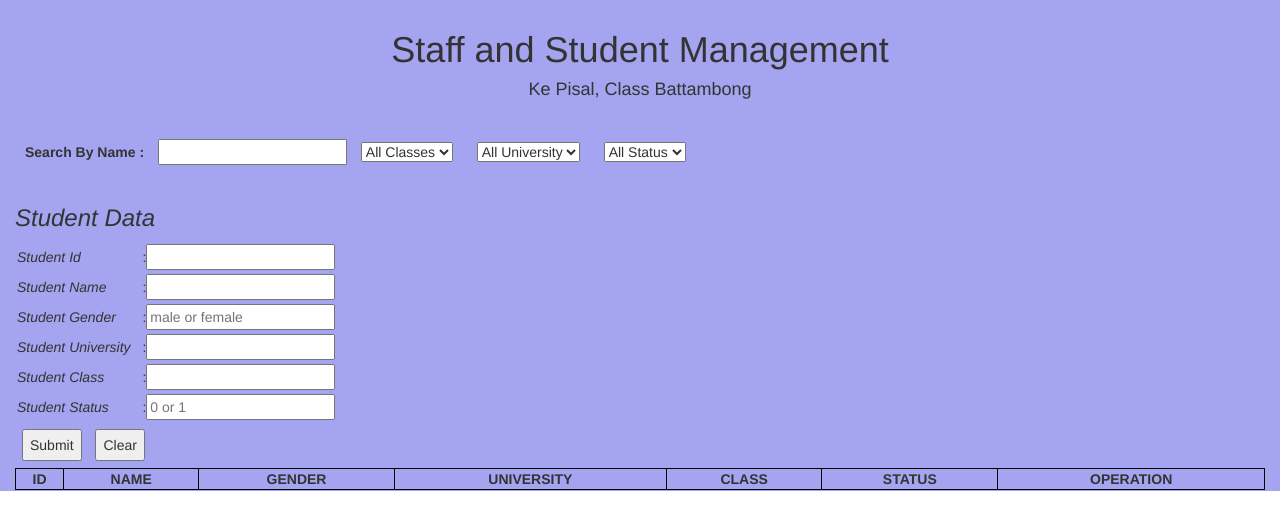
Repository: kepisal/ServletJAVA
Page: http://localhost/AjaxStaffandStudent/
The author's editor kept a copy of each file at every save. The page is drawn from the files as they stood at one save, then again after the next save.
The browser window is 1280 px wide. The pictures show the whole page.
The page is served by Tomcat 9. Other server files are loaded and not shown. Queries for data that is not in the repository find no rows.

Above is the page before, as saved 2015-07-11 02:54:54.

### AjaxStaffandStudent/WebContent/index.jsp
<%@ page language="java" contentType="text/html; charset=ISO-8859-1"
	pageEncoding="ISO-8859-1"%>
<!DOCTYPE html>
<html>
<head>
<meta http-equiv="Content-Type" content="text/html; charset=ISO-8859-1">
<title>Staff and Student Management</title>
<link rel="stylesheet" type="text/css"
	href="bootstrap/css/bootstrap.css">
<!-- <link rel="stylesheet" type="text/css" href="css/style.css"> -->

<!-- <script
	src="http://ajax.googleapis.com/ajax/libs/jquery/1.11.3/jquery.min.js"></script> -->
<script type="text/javascript" src="js/jquery-min.js"></script>
<script type="text/javascript" src="bootstrap/js/bootstrap.js"></script>
<script type="text/javascript" src="bootstrap/js/bootstrap.min.js"></script>
<style type="text/css">
.maincontent {
	background-color: #A4A4F0;
}

#title {
	padding: 10px;
	width: 100%;
}

option {
	height: 23px;
}

.mytb td, .mytb th {
	border: 1px solid black;
	border-collapse: collapse;
	text-align: center;
}

#title {
	text-align: center;
}

img {
	width: 20px;
}

#classlist, #universitylist, #txtinput, #statuslist {
	display: inline-block;
	margin: 10px;
}

button {
	margin: 5px;
	height: 32px
}

.stuform td {
	padding: 2px;
	border: 0px;
}
</style>
</head>
<body>
	<div class="maincontent col-sm-12">
		<div id="sheader">
			<div id="title">
				<h1>Staff and Student Management</h1>
				<h4>Ke Pisal, Class Battambong</h4>
			</div>
			<div id="classlist">
				<label>Search By Name : </label> <input type=text id=txtinput /> <select
					id=classselected onclick="searchClass()">

				</select>
			</div>
			<div id="universitylist">
				<select id=unvselected onclick="searchUniversity()">

				</select>
			</div>
			<div id="statuslist">
				<select id=statusselected onclick="searchStatus()">
					<option value=''>All Status</option>
					<option value=1>Active</option>
					<option value=0>Deactive</option>
				</select>
			</div>
		</div>
		<div id="sform">
			<table class="stuform">
			<h3><i>Student Data</i></h3>
				<tr>
					<td><i>Student Id</i></td>
					<td>&nbsp;&nbsp;:<input id="txtinputid" /></td>
				</tr>
				<tr>
					<td><i>Student Name </i></td>
					<td>&nbsp;&nbsp;:<input id="txtinputname" /></td>
				</tr>
				<tr>
					<td><i>Student Gender </i></td>
					<td>&nbsp;&nbsp;:<input id="txtinputgender" placeholder="male or female" /></td>
				</tr>
				<tr>
					<td><i>Student University </i></td>
					<td>&nbsp;&nbsp;:<input id="txtinputuniversity" /></td>
				</tr>
				<tr>
					<td><i>Student Class </i></td>
					<td>&nbsp;&nbsp;:<input id="txtinputclass"/></td>
				</tr>
				<tr>
					<td><i>Student Status </i></td>
					<td>&nbsp;&nbsp;:<input id="txtinputstatus" placeholder="0 or 1"/></td>
				</tr>
				<tr>
					<td colspan="2"><button id="btnadd">Submit</button>
						<button id="btnclear">Clear</button></td>
				</tr>
			</table>
		</div>
		<div id="sbody">
			<table class="mytb col-sm-12">
				<thead>
					<tr>
						<th>ID</th>
						<th>NAME</th>
						<th>GENDER</th>
						<th>UNIVERSITY</th>
						<th>CLASS</th>
						<th>STATUS</th>
						<th>OPERATION</th>
					</tr>
				</thead>
				<tbody id="tblist">
				</tbody>
			</table>
			<div id="sdetails">
				<!-- <i><h2>-------------Information Detail------------</h2></i> <label>ID
				:</label>
			<h3 id="stuid"></h3>
			<label>NAME :</label>
			<h3 id="stuname"></h3>
			<label>GENDER :</label>
			<h3 id="stugender"></h3>
			<label>UINVERSITY :</label>
			<h3 id="stuuniversity"></h3>
			<label>CLASS :</label>
			<h3 id="stuclass"></h3>
			<label>STATUS :</label>
			<h3 id="stustatus">ss</h3>
			<i><h2>-------------Information Detail------------</h2></i> -->
			</div>
		</div>
		<div class="col-sm-3"></div>
	</div>
	<script type="text/javascript" src="js/script.js"></script>
</body>
</html>

### AjaxStaffandStudent/WebContent/js/script.js
$(document).ready(function() {
	lists(); // list all objects in table
	droplist(); // list all objects in dropdownlist(class, university)
	$("#txtinput").keyup(function() {
		searchName($("#txtinput").val()); // action keyup on textbox
	});
	$("#btnclear").click(function() {
		$("input").val("");
	});
	$("#btnadd").click(function() {
		add();
	});
});
/*
 * @param : data is JSon generate <option> value </option> for dropdownlist
 * class
 */
function classlist(data) {
	var str = "";
	str += "<option value=''>All Classes</option>;";
	for (var i = 0; i < data.length; i++) {
		str += "<option value=" + data[i].classes + ">" + data[i].classes;
	}
	str += "</option>";
	return str;
}
/*
 * @param : data is JSon generate <option> value </option> for dropdownlist
 * university
 */
function unvlist(data) {
	var str = "";
	str += "<option value=''>All University</option>;";
	for (var i = 0; i < data.length; i++) {
		str += "<option value=" + data[i].unversity + ">" + data[i].unversity;
	}
	str += "</optiont>";
	return str;
}

/*
 * get data from url and put into function with param
 */
function droplist() {
	$.post("classlist.hrd", function(data) {
		$("#classselected").html(classlist(data));
	});
	$.post("universitylist.hrd", function(data) {
		$("#unvselected").html(unvlist(data));
	});
}
/*
 * generate rows inside table list
 */
function lists() {
	$.post("listobject.hrd", function(data) {
		$("#tblist").html(listobjectdetails(data));
	});

}
/*
 * create tag <tr><td> value </td></tr> follow data
 */
function listobjectdetails(data) {
	var str = "";
	for (var i = 0; i < data.length; i++) {

		str += "<tr>" + "<td id=studid" + i + ">" + data[i].stuid + "</td>"
				+ "<td>" + data[i].stuname + "</td>" + "<td>"
				+ checkGender(data[i].gender) + "</td>" + "<td>"
				+ data[i].unversity + "</td>" + "<td>" + data[i].classes
				+ "</td>" + "<td>" + checkStatus(data[i].status, i) + "</td>"
				+ "<td><button class=btnEdit" + i + " onclick=editFun(" + i
				+ ")>Edit</button><button class=btnRemove" + i
				+ " onclick=removeFun(" + i
				+ ")>Remove</button><button  class=btnView" + i
				+ " onclick=viewFun(" + i + ")>View</button></td>" + "</tr>";
	}

	str += "</table>";

	return str;
}
/*
 * create form for edit and insertion
 */
function myform() {
	var str = "";
}

/*
 * change value 0,1 to male and female
 */
function checkGender(data) {
	var gender;
	if (data == 0) {
		gender = "Male";
	} else {
		gender = "Female";
	}
	return gender;
}
/*
 * change value 0,1 to image 0.png and 1.png
 */
function checkStatus(data, i) {
	var img;
	if (data == 0) {
		img = "<a href=#><img src=img/0.png id=mydata" + i
				+ " onclick=updateStatus(" + i + "," + data + ")></a>";
	} else {
		img = "<a href=#><img src=img/1.png id=mydata" + i
				+ " onclick=updateStatus(" + i + "," + data + ")></a>";
	}
	return img;
}
/*
 * @param : id, value id -> id of each students value -> value of status update
 * status
 */
function updateStatus(id, value) {
	var stuid = $("#studid" + id).text();
	var active;
	if (value == 0) {
		active = 1;
	} else {
		active = 0;
	}
	$.post("editobject.hrd", {
		stu_id : stuid,
		stu_status : active
	}, function(data) {
		lists();
	});
}
/*
 * search by name()
 */
function searchName() {
	var stuname = $('#txtinput').val();
	var stuclass = $('#classselected option:selected').val();
	var stuuniver = $('#unvselected option:selected').val();
	var stustatus = $('#statusselected option:selected').val();
	if (stuname == '') {
		lists();
	}
	$.post("searchobject.hrd", {
		stu_name : stuname,
		stu_class : stuclass,
		stu_university : stuuniver,
		stu_status : stustatus
	}, function(data) {
		$("#tblist").html(listobjectdetails(data));
	});
}
/*
 * search by class()
 */
function searchClass() {
	var stuname = $('#txtinput').val();
	var stuclass = $('#classselected option:selected').val();
	var stuuniver = $('#unvselected option:selected').val();
	var stustatus = $('#statusselected option:selected').val();
	$.post("searchobject.hrd", {
		stu_name : stuname,
		stu_class : stuclass,
		stu_university : stuuniver,
		stu_status : stustatus
	}, function(data) {
		$("#tblist").html(listobjectdetails(data));
	});
}
/*
 * search by university()
 */
function searchUniversity() {
	var stuname = $('#txtinput').val();
	var stuclass = $('#classselected option:selected').val();
	var stuuniver = $('#unvselected option:selected').val();
	var stustatus = $('#statusselected option:selected').val();
	$.post("searchobject.hrd", {
		stu_name : stuname,
		stu_class : stuclass,
		stu_university : stuuniver,
		stu_status : stustatus
	}, function(data) {
		$("#tblist").html(listobjectdetails(data));
	});
}
/*
 * search by status()
 */
function searchStatus() {
	var stuname = $('#txtinput').val();
	var stuclass = $('#classselected option:selected').val();
	var stuuniver = $('#unvselected option:selected').val();
	var stustatus = $('#statusselected option:selected').val();
	$.post("searchobject.hrd", {
		stu_name : stuname,
		stu_class : stuclass,
		stu_university : stuuniver,
		stu_status : stustatus
	}, function(data) {
		$("#tblist").html(listobjectdetails(data));
	});
}
/*
 * Add Function
 */
function add() {
	var stuid = $("#txtinputid").val();
	var stuname = $("#txtinputname").val();
	var stugender;
	var stuuniversity = $("#txtinputuniversity").val();
	var stuclass = $("#txtinputclass").val();
	var stustatus;
	if($("#txtinputgender").val()=="male"){
		stugender=0;
	}else if($("#txtinputgender").val()=="female"){
		stugender=1;
	}
	if($("#txtinputstatus").val()=="active"){
		stustatus==1;
	}else if($("#txtinputstatus").val()=="deactive"){
		stustatus==0;
	}
	$.post("addobject.hrd", {
		stu_id:stuid,
		stu_name:stuname,
		stu_gender:stugender,
		stu_university:stuuniversity,
		stu_class:stuclass,
		stu_status:stustatus
	}, function(data) {
		lists();
	});
}

function editFun(i) {
	alert("This is Edit" + $("#studid" + i).text());
}
function removeFun(i) {
	var stuid = $("#studid" + i).text();
	$.post("deleteobject.hrd", {
		stu_id : stuid
	}, function(data) {
		lists();
	});
}
function viewFun(i) {
	var stuid = $("#studid" + i).text();
	$.post("viewobject.hrd", {
		stu_id : stuid
	}, function(data) {

	});
}

### AjaxStaffandStudent/src/Controller/Front_Controller.java
package Controller;
import java.io.IOException;

import javax.servlet.RequestDispatcher;
import javax.servlet.ServletException;
import javax.servlet.annotation.WebServlet;
import javax.servlet.http.HttpServlet;
import javax.servlet.http.HttpServletRequest;
import javax.servlet.http.HttpServletResponse;

import Model.ObjectDAO;

@WebServlet("*.hrd")
public class Front_Controller extends HttpServlet {
	private static final long serialVersionUID = 1L;

	public Front_Controller() {
		super();
	}

	protected void doGet(HttpServletRequest request, HttpServletResponse response) throws ServletException, IOException {
		doProcess(request, response);
	}

	protected void doPost(HttpServletRequest request, HttpServletResponse response) throws ServletException, IOException {
		doProcess(request, response);
	}

	protected void doProcess(HttpServletRequest request, HttpServletResponse response) throws ServletException, IOException {
		String RequestURI = request.getRequestURI();

		System.out.println(RequestURI);
		String contextPath = request.getContextPath();
		System.out.println(contextPath);
		String command = RequestURI.substring(contextPath.length());
		ActionForward forward = null;
		Action action = null;

		System.out.println(command);

		switch(command){
			case "/listobject.hrd":
				action = new ListObject();
				try {
					forward = action.execute(request, response);
					System.out.println(forward);
				} catch (Exception e) {
					e.printStackTrace();
				}
				break;
			case "/classlist.hrd":
				action = new classList();
				try {
					forward = action.execute(request, response);
					System.out.println(forward);
				} catch (Exception e) {
					e.printStackTrace();
				}
				break;
			case "/universitylist.hrd":
				action = new universityList();
				try {
					forward = action.execute(request, response);
					System.out.println(forward);
				} catch (Exception e) {
					e.printStackTrace();
				}
				break;
			case "/editobject.hrd":
				action = new EditObject();
				try {
					forward = action.execute(request, response);
				} catch (Exception e) {
					e.printStackTrace();
				}
				break;
			case "/searchobject.hrd":
				action = new Search();
				try {
					forward = action.execute(request, response);
				} catch (Exception e) {
					e.printStackTrace();
				}
				break;
			case "/viewobject.hrd":
				action = new ViewObject();
				try {
					forward = action.execute(request, response);
				} catch (Exception e) {
					e.printStackTrace();
				}
				break;
			case "/deleteobject.hrd":
				action = new DeleteObject();
				try {
					forward = action.execute(request, response);
				} catch (Exception e) {
					e.printStackTrace();
				}
				break;
			default :
				forward = new ActionForward();
				forward.setPath("404.jsp");
				forward.setRedirect(false);
				break;


		}

		if (forward != null) {
			if (forward.isRedirect()) {
				response.sendRedirect(forward.getPath());
			} else {
				RequestDispatcher dispatcher = request
						.getRequestDispatcher(forward.getPath());
				dispatcher.forward(request, response);
			}

		}

	}
}

### AjaxStaffandStudent/src/Controller/ListObject.java
package Controller;

import java.util.ArrayList;

import javax.servlet.http.HttpServletRequest;
import javax.servlet.http.HttpServletResponse;

import com.google.gson.Gson;

import Controller.Action;
import Controller.ActionForward;
import Model.ObjectDAO;
import Model.ObjectDTO;

public class ListObject implements Action {

	@Override
	public ActionForward execute(HttpServletRequest request,
			HttpServletResponse response) throws Exception {

		ObjectDAO dao = new ObjectDAO();
		ArrayList<ObjectDTO> objectlist = dao.list();

		response.setContentType("application/json");
		response.setCharacterEncoding("UTF-8");
		String obj= new Gson().toJson(objectlist);

		response.getWriter().write(obj);


		return null;
	}

}

### AjaxStaffandStudent/src/Model/ObjectDAO.java
package Model;

import java.beans.Statement;
import java.sql.Connection;
import java.sql.DriverManager;
import java.sql.PreparedStatement;
import java.sql.ResultSet;
import java.sql.SQLException;
import java.util.ArrayList;
import java.sql.*;

import javax.naming.InitialContext;
import javax.sql.DataSource;

public class ObjectDAO {
	static Connection cn;

	/*
	 * list all of elements in database return Arraylist objects
	 */
	public ArrayList<ObjectDTO> list() throws SQLException,
			ClassNotFoundException {

		String sql = "select * from hrd_students";
		java.sql.Statement stm = cn.createStatement();
		ResultSet rs = stm.executeQuery(sql);
		ArrayList<ObjectDTO> objectdto = new ArrayList<ObjectDTO>();
		try {
			while (rs.next()) {
				objectdto.add(new ObjectDTO(rs.getString("stu_id"), rs
						.getString("stu_name"), rs.getInt("stu_gender"), rs
						.getString("stu_university"),
						rs.getString("stu_class"), rs.getInt("stu_status")));
			}

		} catch (Exception e) {
			e.printStackTrace();
		}
		return objectdto;
	}

	/*
	 * @param : id and status function update status 0 to 1 and 1 to 0 follow id
	 * return true/false for success or faild
	 */
	public boolean update(String id, int status) throws SQLException {
		try (PreparedStatement pstm = cn
				.prepareStatement("update hrd_students set stu_status=? where stu_id=?");) {

			pstm.setString(1, String.valueOf(status));
			pstm.setString(2, id);
			return pstm.execute();
		} catch (Exception e) {
			e.printStackTrace();
		}
		return false;
	}

	/*
	 * distinct the class value return Arraylist objects (0,1)
	 */
	public ArrayList<ObjectDTO> classList() throws SQLException {
		String sql = "SELECT distinct stu_class FROM hrd_students";
		java.sql.Statement stm = cn.createStatement();
		ResultSet rs = stm.executeQuery(sql);
		ArrayList<ObjectDTO> objectdto = new ArrayList<ObjectDTO>();
		try {
			while (rs.next()) {
				objectdto.add(new ObjectDTO("", "", 0, "", rs
						.getString("stu_class"), 0));
			}
		} catch (Exception e) {
			e.printStackTrace();
		}
		return objectdto;
	}

	/*
	 * distinct the university value return Arraylist objects (0,1)
	 */
	public ArrayList<ObjectDTO> universityList() throws SQLException {
		String sql = "select distinct stu_university from hrd_students";
		java.sql.Statement stm = cn.createStatement();
		ResultSet rs = stm.executeQuery(sql);
		ArrayList<ObjectDTO> objectdto = new ArrayList<ObjectDTO>();
		try {
			while (rs.next()) {
				objectdto.add(new ObjectDTO("", "", 0, rs
						.getString("stu_university"), "", 0));
			}
		} catch (Exception e) {
			e.printStackTrace();
		}
		return objectdto;
	}

	/*
	 * Search all of content by name, class, university and status return as
	 * ArrayList objects
	 */
	public ArrayList<ObjectDTO> search(String name, String classes,
			String university, String status) throws SQLException {
		PreparedStatement ps = cn
				.prepareStatement("select * from hrd_students where stu_university LIKE ? and stu_class LIKE ? and stu_status LIKE ? and stu_name like ?");
		ps.setString(1, university + "%");
		ps.setString(2, classes + "%");
		ps.setString(3, status + "%");
		ps.setString(4, "%" + name + "%");
		ResultSet rs = ps.executeQuery();
		ArrayList<ObjectDTO> alist = new ArrayList<ObjectDTO>();
		while (rs.next()) {
			alist.add(new ObjectDTO(rs.getString("stu_id"), rs
					.getString("stu_name"), rs.getInt("stu_gender"), rs
					.getString("stu_university"), rs.getString("stu_class"), rs
					.getInt("stu_status")));
		}
		return alist;
	}

	public ObjectDTO viewObject(String id) throws SQLException {
		String sql = "select * from hrd_students where stu_id=?";
		PreparedStatement pstm = cn.prepareStatement(sql);
		pstm.setString(1, id);
		ResultSet rs = pstm.executeQuery();
		ObjectDTO objectdto = new ObjectDTO();
		try {
			if (rs.next()) {
				objectdto = new ObjectDTO(rs.getString("stu_id"),
						rs.getString("stu_name"), rs.getInt("stu_gender"),
						rs.getString("stu_university"),
						rs.getString("stu_class"), rs.getInt("stu_status"));
			}

		} catch (Exception e) {
			e.printStackTrace();
		}
		return objectdto;
	}

	public boolean DeleteObject(String id) throws SQLException {
		String sql = "delete from hrd_students where stu_id=?";
		PreparedStatement pstm = cn.prepareStatement(sql);
		pstm.setString(1, id);
		return pstm.execute();
	}

	/********************** Here is Connection Database *********************************/
	static {
		try {
			Class.forName("com.mysql.jdbc.Driver");
			cn = DriverManager.getConnection(
					"jdbc:mysql://localhost:3306/ssdbmanage", "admin", "admin");
		} catch (Exception e) {
			// TODO Auto-generated catch block
			e.printStackTrace();
		}
	}
	/**********************
	 * Here is Connection Database
	 *
	 * @throws SQLException
	 *********************************/

}

### AjaxStaffandStudent/src/Controller/classList.java
package Controller;

import java.util.ArrayList;

import javax.servlet.http.HttpServletRequest;
import javax.servlet.http.HttpServletResponse;

import Model.ObjectDAO;
import Model.ObjectDTO;

import com.google.gson.Gson;

public class classList implements Action {

	public ActionForward execute(HttpServletRequest request,
			HttpServletResponse response) throws Exception {

		ObjectDAO dao = new ObjectDAO();
		ArrayList<ObjectDTO> objectlist = dao.classList();

		response.setContentType("application/json");
		response.setCharacterEncoding("UTF-8");
		String obj= new Gson().toJson(objectlist);

		response.getWriter().write(obj);
		return null;
	}

}

### AjaxStaffandStudent/src/Controller/universityList.java
package Controller;

import java.util.ArrayList;

import javax.servlet.http.HttpServletRequest;
import javax.servlet.http.HttpServletResponse;

import Model.ObjectDAO;
import Model.ObjectDTO;

import com.google.gson.Gson;

public class universityList implements Action {
	public ActionForward execute(HttpServletRequest request,
			HttpServletResponse response) throws Exception {

		ObjectDAO dao = new ObjectDAO();
		ArrayList<ObjectDTO> objectlist = dao.universityList();

		response.setContentType("application/json");
		response.setCharacterEncoding("UTF-8");
		String obj= new Gson().toJson(objectlist);

		response.getWriter().write(obj);
		return null;
	}
}

Loaded but not shown: AjaxStaffandStudent/WebContent/bootstrap/css/bootstrap.css (library); AjaxStaffandStudent/WebContent/js/jquery-min.js (library); AjaxStaffandStudent/WebContent/bootstrap/js/bootstrap.js (library); AjaxStaffandStudent/WebContent/bootstrap/js/bootstrap.min.js (library)

After the next save:
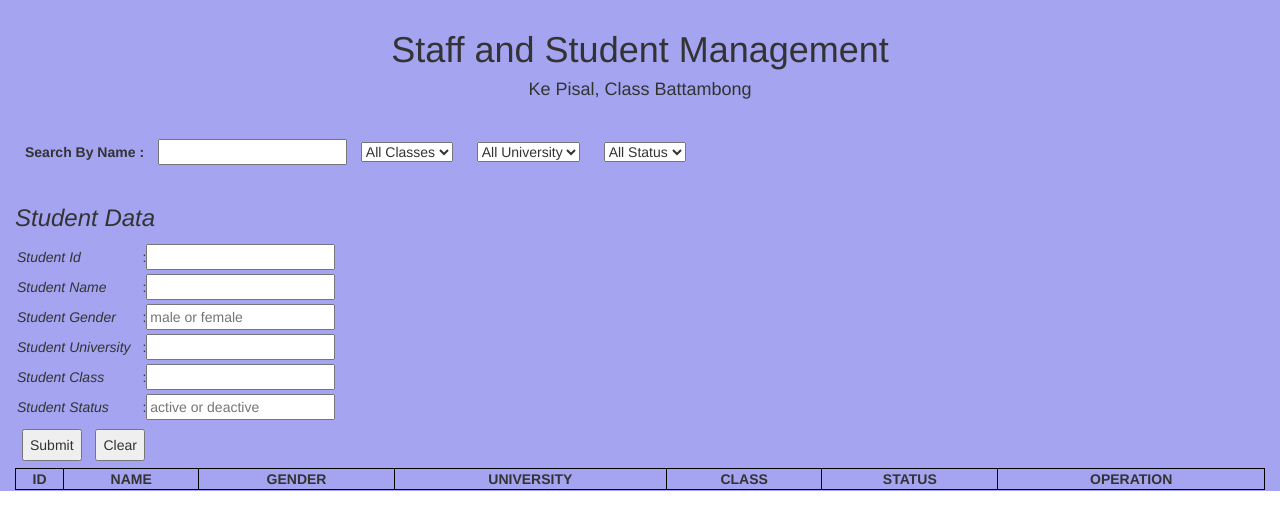
Saved 19 s later.
--- a/AjaxStaffandStudent/WebContent/index.jsp
+++ b/AjaxStaffandStudent/WebContent/index.jsp
@@ -109,7 +109,7 @@ button {
 				</tr>
 				<tr>
 					<td><i>Student Status </i></td>
-					<td>&nbsp;&nbsp;:<input id="txtinputstatus" placeholder="0 or 1"/></td>
+					<td>&nbsp;&nbsp;:<input id="txtinputstatus" placeholder="active or deactive"/></td>
 				</tr>
 				<tr>
 					<td colspan="2"><button id="btnadd">Submit</button>
